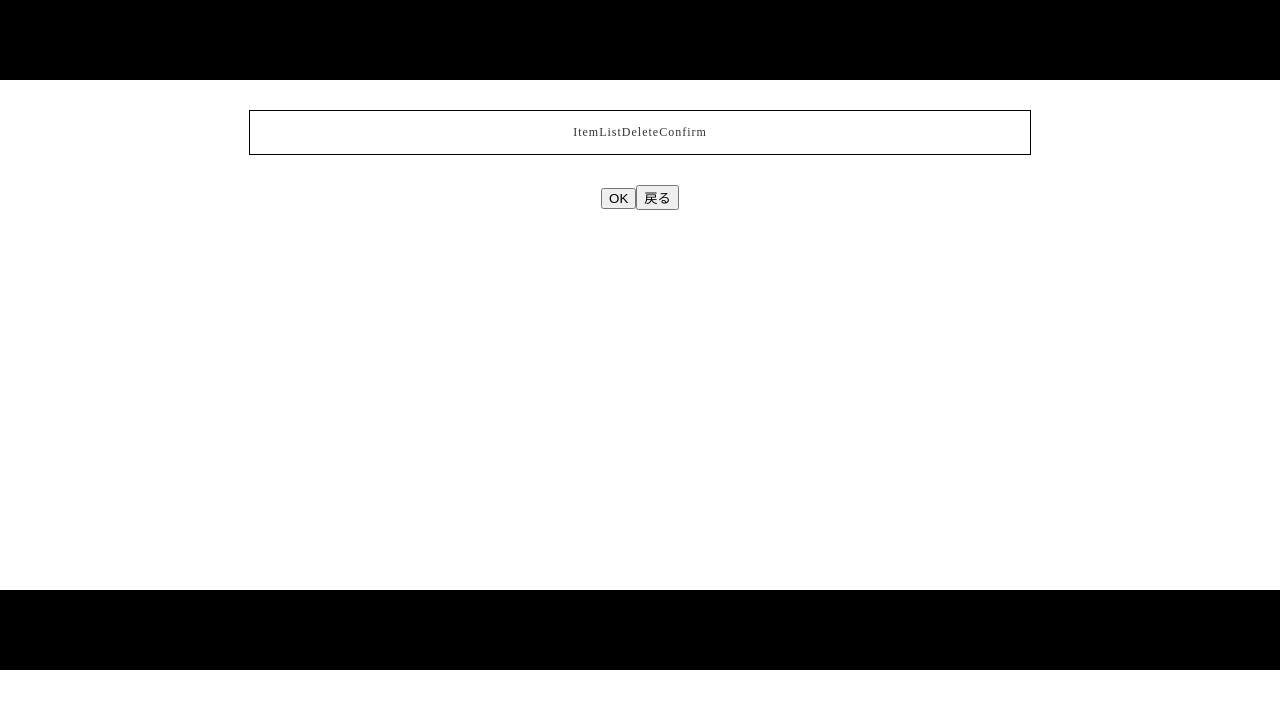
Repository: kazuki000/test
Page: http://localhost/ecsite/itemListDeleteConfirm.jsp
These files come from the project's save history. The page is drawn as it stood at one moment and after the next save; the edit follows.
The browser window is 1280 px wide. The pictures show the whole page.
Some web libraries are served in a nearby version. The page is served by Tomcat 9.

Above is the page before, as saved 2019-05-04 07:12:19.

After the next save:
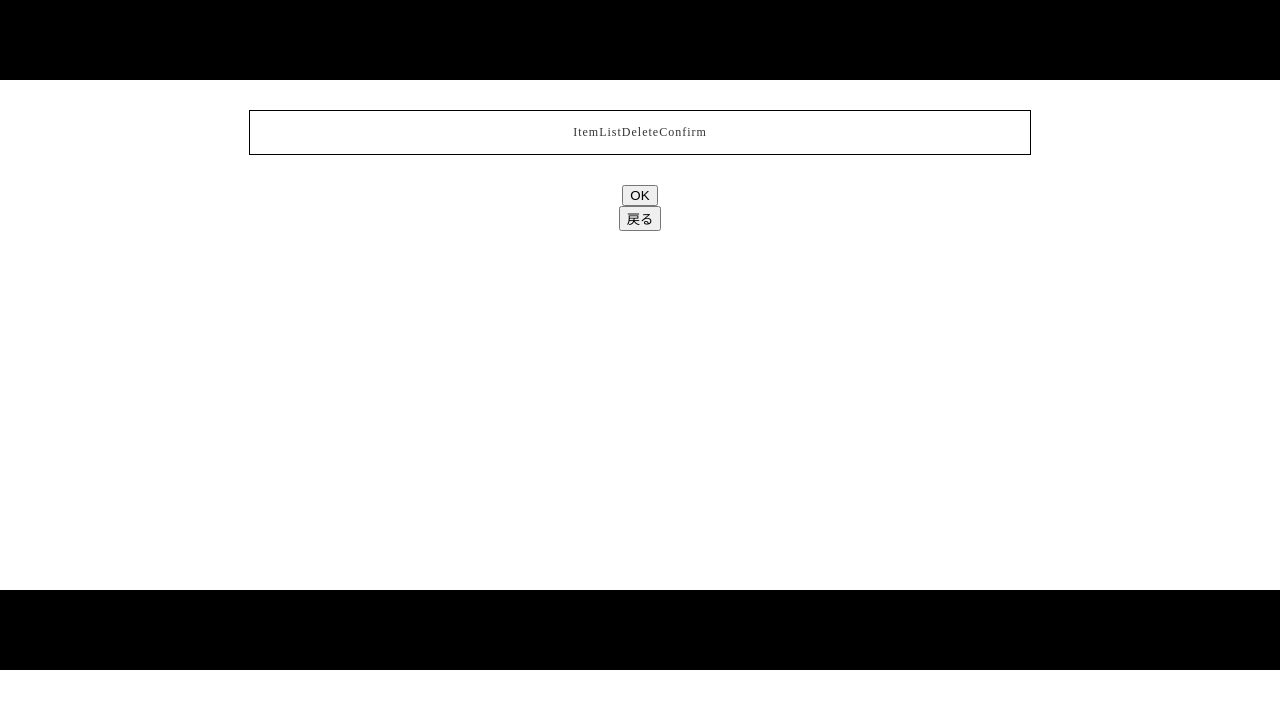
Saved 38 s later.
--- a/ecsite/WebContent/itemListDeleteConfirm.jsp
+++ b/ecsite/WebContent/itemListDeleteConfirm.jsp
@@ -87,7 +87,7 @@
 			<s:form>
 
 				<input type="button" value="OK" onclick="submitAction('ItemListDeleteCompleteAction')"/>
-				<pr></pr><input type="button" value="戻る" onclick="submitAction('AdminAction')"/>
+				<br><input type="button" value="戻る" onclick="submitAction('AdminAction')"/>
 
 			</s:form>
 

After the save that followed:
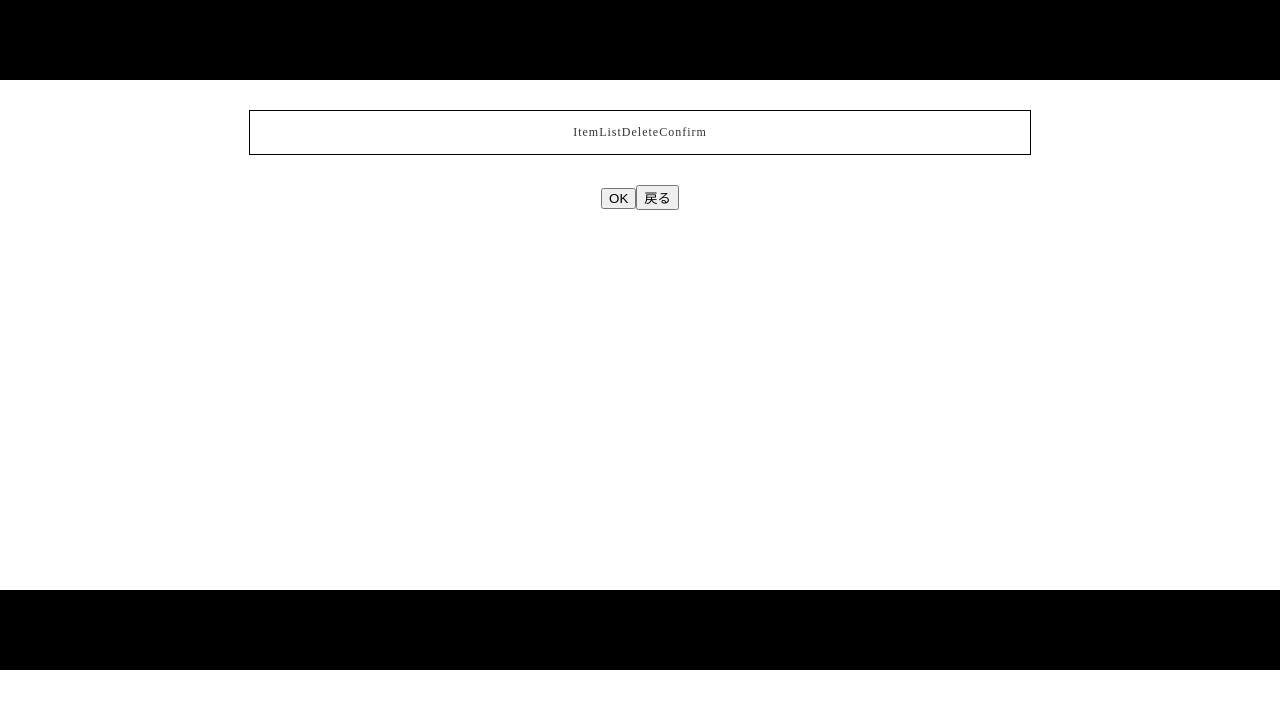
Saved 10 s later.
--- a/ecsite/WebContent/itemListDeleteConfirm.jsp
+++ b/ecsite/WebContent/itemListDeleteConfirm.jsp
@@ -87,7 +87,7 @@
 			<s:form>
 
 				<input type="button" value="OK" onclick="submitAction('ItemListDeleteCompleteAction')"/>
-				<br><input type="button" value="戻る" onclick="submitAction('AdminAction')"/>
+				<input type="button" value="戻る" onclick="submitAction('AdminAction')"/>
 
 			</s:form>
 
